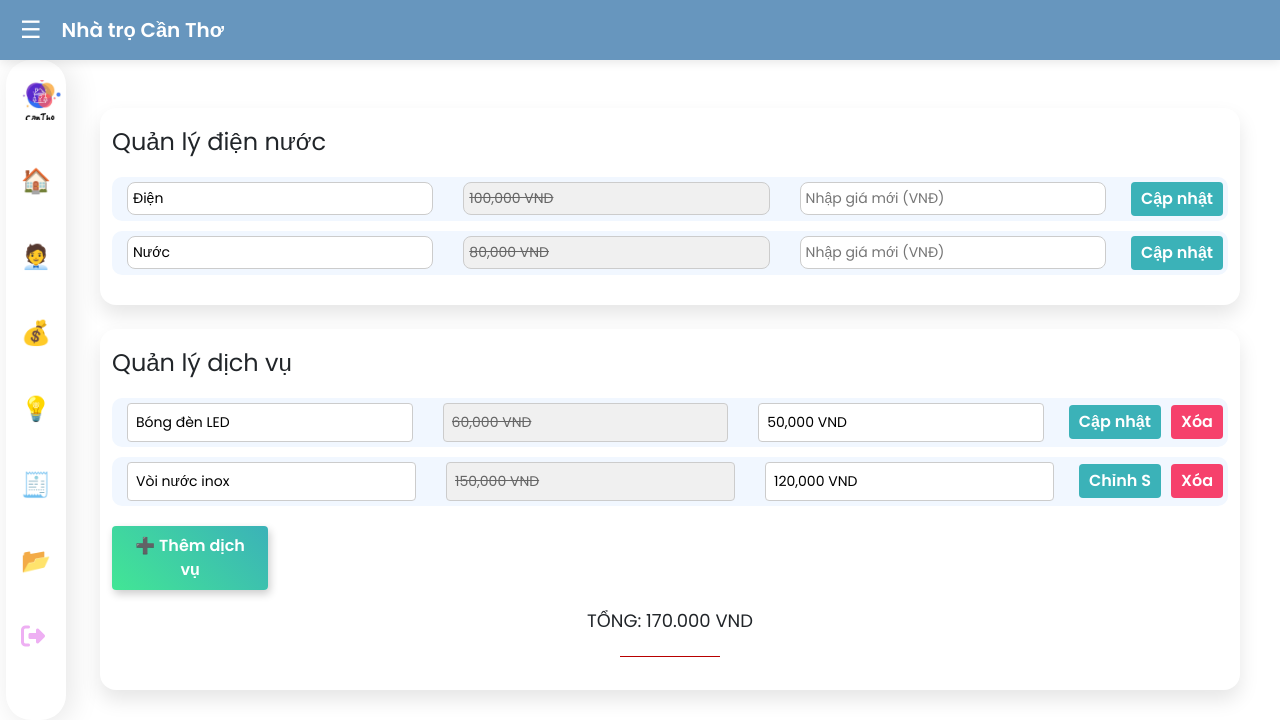
Repository: nhutty0402/DoAn02
Page: HTML/dichvu.html
These files come from the project's save history. The page is drawn as it stood at one moment and after the next save; the edit follows.
The browser window is 1280 px wide. The pictures show the whole page.

Above is the page before, as saved 2025-03-21 00:20:36.

### HTML/dichvu.html
<!DOCTYPE html>
<html>
<head>
    <meta charset="utf-8">
    <meta http-equiv="X-UA-Compatible" content="IE=edge">
    <title></title>
    <meta name="description" content="">
    <meta name="viewport" content="width=device-width, initial-scale=1">
    <link rel="stylesheet" href="../css/dichvu.css">

    <!-- CSS -->
    <link href="https://cdn.jsdelivr.net/npm/bootstrap@5.3.3/dist/css/bootstrap.min.css" rel="stylesheet" integrity="sha384-QWTKZyjpPEjISv5WaRU9OFeRpok6YctnYmDr5pNlyT2bRjXh0JMhjY6hW+ALEwIH" crossorigin="anonymous">
    <link href="https://fonts.googleapis.com/css2?family=Poppins:wght@300;400;600&display=swap" rel="stylesheet">
    <link rel="stylesheet" href="https://cdnjs.cloudflare.com/ajax/libs/font-awesome/6.4.2/css/all.min.css">

    <!-- JS -->
    <script src="https://cdnjs.cloudflare.com/ajax/libs/jquery/3.7.1/jquery.min.js" integrity="sha512-v2CJ7UaYy4JwqLDIrZUI/4hqeoQieOmAZNXBeQyjo21dadnwR+8ZaIJVT8EE2iyI61OV8e6M8PP2/4hpQINQ/g==" crossorigin="anonymous" referrerpolicy="no-referrer"></script>
    <script src="https://cdn.jsdelivr.net/npm/@popperjs/core@2.11.8/dist/umd/popper.min.js" integrity="sha384-I7E8VVD/ismYTF4hNIPjVp/Zjvgyol6VFvRkX/vR+Vc4jQkC+hVqc2pM8ODewa9r" crossorigin="anonymous"></script>
    <script src="https://cdn.jsdelivr.net/npm/bootstrap@5.3.3/dist/js/bootstrap.min.js" integrity="sha384-0pUGZvbkm6XF6gxjEnlmuGrJXVbNuzT9qBBavbLwCsOGabYfZo0T0to5eqruptLy" crossorigin="anonymous"></script>
</head>

<body>
    <header class="header">
        <div class="menu-toggle">☰</div>
        <div class="header-title">Nhà trọ Cần Thơ</div>
    </header>

    <div class="sidebar">
        <div class="logo_content">
            <div class="logo">
                <div class="icon">
                    <img src="../imag/moi.jpg" alt="Logo">
                </div>
                <div class="logo_name">Xin chào, admin</div>
            </div>
        </div>
        <ul class="nav_list">
            <li><a href="menu.html"><span class="icon">🏠</span><span class="link_name">Trang chủ</span></a></li>
            <li><a href="Quanlykhachhang.html"><span class="icon">🧑‍💼</span><span class="link_name">Quản lý khách hàng</span></a></li>
            <li><a href="doanhthu.html"><span class="icon">💰</span><span class="link_name">Doanh thu</span></a></li>
            <li><a href="dichvu.html"><span class="icon">💡</span><span class="link_name">Dịch vụ</span></a></li>
            <li><a href="hoadon.html"><span class="icon">🧾</span><span class="link_name">Hóa đơn</span></a></li>
            <li><a href="quanlihopdong.html"><span class="icon">📂</span><span class="link_name">Quản lý hợp đồng</span></a></li>
            <li><a href="dangxuat.html" class="logout-link"><span class="icon"><i class="fas fa-sign-out-alt"></i></span><span class="link_name">Đăng Xuất</span></a></li>
        </ul>
    </div>

    <div class="content flex-grow-1 p-4">
        <div class="topbar d-flex justify-content-between align-items-center mb-4"></div>

        <!-- Quản lý điện nước -->
        <div class="container">
            <div class="cf-title-03">
                <h3>Quản lý điện nước</h3>
            </div>
            <div id="product-list">
                <!-- Sản phẩm mẫu được thêm trực tiếp trong HTML -->
                <div class="product">
                    <input type="text" value="Điện" placeholder="Tên sản phẩm" readonly>
                    <input type="text" value="100,000 VND" placeholder="Giá cũ (VNĐ)" readonly class="old-price">
                    <input type="text" value="" placeholder="Nhập giá mới (VNĐ)" oninput="formatCurrency(this)">
                    <div class="btn-group">
                        <button class="update-btn" onclick="updateProduct(this)">Cập nhật</button>
                    </div>
                </div>
                <div class="product">
                    <input type="text" value="Nước" placeholder="Tên sản phẩm" readonly>
                    <input type="text" value="80,000 VND" placeholder="Giá cũ (VNĐ)" readonly class="old-price">
                    <input type="text" value="" placeholder="Nhập giá mới (VNĐ)" oninput="formatCurrency(this)">
                    <div class="btn-group">
                        <button class="update-btn" onclick="updateProduct(this)">Cập nhật</button>
                    </div>
                </div>
            </div>
        </div><br>

        <!-- Quản lý dịch vụ -->
        <div class="container">
            <div class="cf-title-03">
                <h3>Quản lý dịch vụ</h3>
            </div>
            <div id="service-list">
                <!-- Dịch vụ mẫu được thêm trực tiếp trong HTML -->
                <div class="service">
                    <input type="text" value="Bóng đèn LED" placeholder="Tên sản phẩm" readonly class="product-name">
                    <input type="text" value="60,000 VND" placeholder="Giá cũ (VNĐ)" readonly class="old-price">
                    <input type="text" value="50,000 VND" placeholder="Nhập giá mới (VNĐ)" readonly class="new-price">
                    <div class="btn-group">
                        <button class="update-btn" onclick="updateService(this)">Cập nhật</button>
                        <button class="delete-btn" onclick="deleteService(this)">Xóa</button>
                    </div>
                </div>
                <div class="service">
                    <input type="text" value="Vòi nước inox" placeholder="Tên sản phẩm" readonly class="product-name">
                    <input type="text" value="150,000 VND" placeholder="Giá cũ (VNĐ)" readonly class="old-price">
                    <input type="text" value="120,000 VND" placeholder="Nhập giá mới (VNĐ)" readonly class="new-price">
                    <div class="btn-group">
                        <button class="update-btn" onclick="updateService(this)">Chỉnh S</button>
                        <button class="delete-btn" onclick="deleteService(this)">Xóa</button>
                    </div>
                </div>
            </div>
            <button class="add-btn" onclick="addService()">➕ Thêm dịch vụ</button>
            <div class="cf-title-01">
                <h6>TỔNG: <span id="total-price">0 VND</span></h6>
            </div>
        </div>

    <!-- JavaScript -->
    <script>
        const toggle = document.querySelector('.menu-toggle');
        const sidebar = document.querySelector('.sidebar');
        toggle.addEventListener('click', () => {
            sidebar.classList.toggle('active');
        });

        function formatCurrency(input) {
            let value = input.value.replace(/\D/g, '');
            if (value === '') {
                input.value = '';
                return;
            }
            let number = parseInt(value, 10);
            input.value = number.toLocaleString('vi-VN') + ' VND';
        }

        function addService(name = "", price = "", oldPrice = "") {
            let serviceList = document.getElementById("service-list");
            let serviceDiv = document.createElement("div");
            serviceDiv.classList.add("service");
            serviceDiv.innerHTML = `
                <input type="text" value="${name}" placeholder="Tên sản phẩm">
                <input type="text" value="${oldPrice ? parseInt(oldPrice).toLocaleString('vi-VN') + ' VND' : ''}" placeholder="Giá cũ (VNĐ)" readonly class="old-price">
                <input type="text" value="${price}" placeholder="Nhập giá mới (VNĐ)" oninput="formatCurrency(this)">
                <div class="btn-group">
                    <button class="update-btn" onclick="updateService(this)">Cập nhật</button>
                    <button class="delete-btn" onclick="deleteService(this)">Xóa</button>
                </div>
            `;
            serviceList.appendChild(serviceDiv);
        }

        function updateProduct(button) {
            let productDiv = button.closest(".product");
            let inputs = productDiv.querySelectorAll("input");
            if (button.innerText === "Cập nhật") {
                let name = inputs[0].value.trim();
                let price = inputs[2].value.trim().replace(/\D/g, '');
                if (name === "" || price === "") {
                    alert("Vui lòng nhập đầy đủ thông tin!");
                    return;
                }
                inputs[0].setAttribute("readonly", true);
                inputs[2].setAttribute("readonly", true);
                button.innerText = "Chỉnh sửa";
                button.classList.remove("update-btn");
                button.classList.add("edi-btn");
                alert(`Cập nhật thành công: ${name} - ${inputs[2].value}`);
            } else {
                inputs[0].removeAttribute("readonly");
                inputs[2].removeAttribute("readonly");
                button.innerText = "Cập nhật";
                button.classList.remove("edi-btn");
                button.classList.add("update-btn");
            }
        }

        function updateService(button) {
            let serviceDiv = button.closest(".service");
            let inputs = serviceDiv.querySelectorAll("input");
            if (button.innerText === "Cập nhật") {
                let name = inputs[0].value.trim();
                let price = inputs[2].value.trim().replace(/\D/g, '');
                if (name === "" || price === "") {
                    alert("Vui lòng nhập đầy đủ thông tin!");
                    return;
                }
                inputs[0].setAttribute("readonly", true);
                inputs[2].setAttribute("readonly", true);
                button.innerText = "Chỉnh sửa";
                button.classList.remove("update-btn");
                button.classList.add("edi-btn");
                alert(`Cập nhật thành công: ${name} - ${inputs[2].value}`);
            } else {
                inputs[0].removeAttribute("readonly");
                inputs[2].removeAttribute("readonly");
                button.innerText = "Cập nhật";
                button.classList.remove("edi-btn");
                button.classList.add("update-btn");
            }
        }

        function deleteService(button) {
            if (confirm("Bạn có chắc muốn xóa sản phẩm này?")) {
                button.closest(".service").remove();
            }
        }
    </script>
    <!--Tính tổng-->
    <script>
        // Hàm tính tổng giá mới và hiển thị
        function calculateTotal() {
            const newPriceInputs = document.querySelectorAll('.new-price');
            let total = 0;

            newPriceInputs.forEach(input => {
                // Lấy giá trị từ input, loại bỏ " VND" và dấu phẩy
                const priceText = input.value.replace(' VND', '').replace(/,/g, '');
                const price = parseFloat(priceText) || 0; // Chuyển thành số, nếu không hợp lệ thì trả về 0
                total += price;
            });

            // Định dạng tổng với dấu phẩy và thêm " VND"
            const formattedTotal = total.toLocaleString('vi-VN') + ' VND';
            document.getElementById('total-price').textContent = formattedTotal;
        }

        // Hàm thêm dịch vụ mới
        function addService() {
            const serviceList = document.getElementById('service-list');
            const newService = document.createElement('div');
            newService.className = 'service';
            newService.innerHTML = `
                <input type="text" placeholder="Tên sản phẩm" class="product-name">
                <input type="text" placeholder="Giá cũ (VNĐ)" class="old-price">
                <input type="text" placeholder="Nhập giá mới (VNĐ)" class="new-price" oninput="calculateTotal()">
                <div class="btn-group">
                    <button class="update-btn" onclick="updateService(this)">Chỉnh sửa</button>
                    <button class="delete-btn" onclick="deleteService(this)">Xóa</button>
                </div>
            `;
            serviceList.appendChild(newService);
            calculateTotal(); // Cập nhật tổng sau khi thêm
        }

        // Hàm chỉnh sửa dịch vụ (giữ đơn giản, chỉ cho phép chỉnh sửa và lưu)
        function updateService(button) {
            const service = button.closest('.service');
            const inputs = service.querySelectorAll('input');
            const isReadOnly = inputs[0].hasAttribute('readonly');

            if (isReadOnly) {
                // Chuyển sang chế độ chỉnh sửa
                inputs.forEach(input => input.removeAttribute('readonly'));
                button.textContent = 'Cập Nhật';
            } else {
                // Chuyển về chế độ readonly
                inputs.forEach(input => input.setAttribute('readonly', true));
                button.textContent = 'Chỉnh sửa';
                calculateTotal(); // Cập nhật tổng sau khi lưu
            }
        }

        // Hàm xóa dịch vụ
        function deleteService(button) {
            const service = button.closest('.service');
            service.remove();
            calculateTotal(); // Cập nhật tổng sau khi xóa
        }

        // Tính tổng khi trang được tải
        window.onload = calculateTotal;
    </script>
</body>
</html>

### CSS/dichvu.css
/* Reset cơ bản */
* {
  margin: 0;
  padding: 0;
  box-sizing: border-box;
  font-family: 'Poppins', sans-serif;
}

/* Thiết lập body */
body {
  min-height: 100vh;
  background: #e7e7e7;
  display: flex;
  flex-direction: column;
}

/* Header ngang */
.header {
  width: 100%;
  height: 60px;
  background: #6796be;
  color: white;
  display: flex;
  align-items: center;
  padding: 0 20px;
  box-shadow: 0 2px 10px rgba(0, 0, 0, 0.1);
  position: fixed;
  top: 0;
  z-index: 1000;
}

.menu-toggle {
  font-size: 24px;
  cursor: pointer;
  margin-right: 20px;
}

.header-title {
  font-size: 20px;
  font-weight: 600;
}

/* Sidebar dọc */
.sidebar {
  position: fixed;
  top: 60px;
  left: 0;
  height: calc(100% - 60px);
  width: 60px;
  background: #fff;
  margin-left: 6px;
  padding: 10px 5px;
  transition: width 0.3s ease;
  box-shadow: 5px 3px 30px rgba(0, 0, 0, 0.1);
  border-radius: 25px;
  z-index: 900;
}

.sidebar.active {
  width: 240px;
}

.logo_content {
  display: flex;
  align-items: center;
  height: 60px;
  padding: 0 10px;
}

.logo {
  display: flex;
  align-items: center;
  gap: 10px;
}

.logo .icon img {
  width: 40px; /* Kích thước logo nhỏ hơn và đồng đều */
  height: 40px;
  object-fit: cover; /* Đảm bảo ảnh không bị méo */
}

.logo_name {
  font-size: 18px;
  font-weight: 700;
  opacity: 0;
  transition: opacity 0.3s ease;
}

.sidebar.active .logo_name {
  opacity: 1;
}

.nav_list {
  list-style: none;
  padding-left: 0;
  margin-top: 10px;
}

.nav_list li {
  display: flex;
  align-items: center;
  height: 50px; /* Giảm height để khoảng cách đều hơn */
  margin: 26px 0; /* Khoảng cách giữa các mục */
}

.nav_list li a {
  text-decoration: none;
  color: #333;
  display: flex;
  align-items: center;
  width: 100%;
  font-weight: 700;
  padding: 0 10px; /* Khoảng cách bên trong thẻ a */
  transition: font-weight 0.3s ease, transform 0.3s ease; /* Thêm transition cho hiệu ứng */
}
.nav_list li a:hover {
  transform: scale(1.05); /* Phóng to 5% khi hover */
}
.nav_list li .icon {
  font-size: 24px; /* Icon đồng đều kích thước */
  width: 40px; /* Đảm bảo icon căn đều */
  text-align: center;
}

.link_name {
  font-size: 16px;
  opacity: 0;
  transition: opacity 0.3s ease;
}

.sidebar.active .link_name {
  opacity: 1;
}

/* Nội dung chính */
.content {
  margin-top: 60px;
  margin-left: 60px;
  padding: 20px;
  flex-grow: 1;
  transition: margin-left 0.3s ease, width 0.3s ease;
  width: calc(100% - 60px);
  max-width: calc(100vw - 60px);
}

.sidebar.active ~ .content {
  margin-left: 240px;
  width: calc(100% - 240px);
  max-width: calc(100vw - 240px);
}

/* Thanh tìm kiếm */
.search-bar {
  display: flex;
  align-items: center;
  height: 38.5px;
  margin-left: auto;
  background-color: #fff;
  border-radius: 15px;
  padding: 5px;
  box-shadow: 0px 4px 6px rgba(0, 0, 0, 0.2);
  border: 2px solid #5E3582;
}

.search-bar input {
  border: none;
  outline: none;
  padding: 5px 10px;
  border-radius: 5px;
  font-size: 14px;
  width: 90px;
  transition: width 0.3s ease;
}

.search-bar input:focus {
  width: 270px;
}

.search-bar button {
  background-color: #eeaff3;
  border: none;
  color: #1c1919;
  padding: 5px 10px;
  height: 28px;
  border-radius: 10px;
  font-size: 14px;
  cursor: pointer;
  margin-left: 5px;
  transition: background-color 0.3s ease;
}

.search-bar button:hover {
  background-color: #f186f1;
}

/* Button group */
.button-group {
  display: flex;
  gap: 5px;
  padding-left: 10px;
}

.button-group .dathue:hover {
  background: rgb(167, 222, 214);
  color: black;
}

.button-group .phongtrong:hover {
  background: rgb(246, 237, 156);
  color: black;
}

.button-group .hientatca:hover {
  background: rgba(249, 205, 158, 0.952);
  color: black;
}

/* Đăng xuất */
.logout-link {
  display: flex;
  align-items: center;
  text-decoration: none;
  color: #1c1919;
  padding: 10px 15px;
  border-radius: 8px;
  transition: background-color 0.3s ease, transform 0.3s ease;
}
/* Đăng xuất */
.logout-link {
  display: flex;
  align-items: center;
  text-decoration: none;
  color: #1c1919;
  padding: 10px 15px;
  border-radius: 8px;
  transition: background-color 0.3s ease, transform 0.3s ease, font-weight 0.3s ease; /* Thêm transition cho font-weight */
}
.logout-link .icon {
  font-size: 24px; /* Đồng đều với các icon khác */
  width: 40px;
  text-align: center;
  color: #eeaff3;
  transition: transform 0.3s ease;
}

.logout-link .link_name {
  font-size: 16px;
  font-weight: 600;
}

.logout-link:hover {
  background-color: #f6cff3;
  transform: scale(1.05);
}

.logout-link:hover .icon {
  transform: rotate(-20deg);
  color: #d94bd3;
}



/* ====================================================================================================== */
/* ======================================THÂN============================================================= */
/* ========================================================================================================= */

@import url('https://fonts.googleapis.com/css2?family=Poppins:wght@300;400;600&display=swap');

/* body {
    font-family: 'Poppins', sans-serif;
    background: linear-gradient(135deg, #89f7fe, #66a6ff);
    padding: 20px;
    text-align: center;
} */

.container {
    max-width: 600px;
    margin: auto;
    background: white;
    padding: 20px;
    border-radius: 16px;
    box-shadow: 0 10px 20px rgba(0, 0, 0, 0.1);
}

/* h2 {
    color: #333;
    font-weight: 600;
    margin-bottom: 10px;
} */

.product {
    display: flex;
    justify-content: space-between;
    align-items: center;
    padding: 5px;
    border-radius: 10px;
    background: #f1f7ff;
    margin: 10px 0;
    transition: transform 0.1s ease-in-out;
}

.product:hover {
    transform: scale(1.01);
}

.product input {
    flex: 1;
    margin: 0 10px;
    padding: 8px;
    border: 1px solid #ccc;
    border-radius: 8px;
    font-size: 14px;
    transition: all 0.3s;
}

.product input:focus {
    border-color: #007bff;
    outline: none;
    box-shadow: 0 0 5px rgba(0, 123, 255, 0.3);
}

.btn-group {
    display: flex;
    gap: 8px;
}

button {
    border: none;
    cursor: pointer;
    padding: 8px 14px;
    font-size: 14px;
    transition: 0.3s;
    border-radius: 10px;
    font-weight: bold;
}

.update-btn {
    background:  #3bb2b8;
    color: white;
    border-radius: 12px;
}
.up-btn {
  background:  #f2b876e8;
  color: white;
  border-radius: 12px;
}
.up-btn:hover{
  transform: scale(1.05);
}
.update-btn:hover{
  transform: scale(1.05);
}
.edi-btn {
    background:  #f2b876e8;
    color: white;
    border-radius: 12px;
}
.edi-btn:hover{
  transform: scale(1.05);
}
.delete-btn {
    background:  #f6416c;
    color: white;
    border-radius: 12px;
}
.delete-btn:hover{
  transform: scale(1.05);
}
.add-btn {
    width: 14%;
    font-size: 16px;
    padding: 12px;
    color: white;
    background: linear-gradient(45deg, #42e695, #3bb2b8);
    font-weight: bold;
    border-radius: 12px;
    box-shadow: 2px 4px 8px rgba(0, 0, 0, 0.2);
    transition: all 0.3s ease-in-out;
}

.add-btn:hover {
    transform: scale(1.05);
    box-shadow: 4px 6px 12px rgba(0, 0, 0, 0.3);
}
/* ============================================================================================== */
/* ===BẢNG DỊCH VỤ 2============================================================ */
/* =========================================================================================================== */
.service{
  display: flex;
  justify-content: space-between;
  align-items: center;
  padding: 5px;
  border-radius: 10px;
  background: #f1f7ff;
  margin: 10px 0;
  transition: transform 0.1s ease-in-out;
}

.service:hover {
  transform: scale(1.01);
}

.service input {
  flex: 1;
  margin: 0 10px;
  padding: 8px;
  border: 1px solid #ccc;
  border-radius: 8px;
  font-size: 14px;
  transition: all 0.3s;
}

.service input:focus {
  border-color: #007bff;
  outline: none;
  box-shadow: 0 0 5px rgba(0, 123, 255, 0.3);
}
/* ===================================================TỔNG======================================== */




.cf-title-01 h6 {
	text-align:center;
	text-transform:uppercase;
	padding-bottom:5px;
}
/* .cf-title-01 h6:before {
	width:28px;
	height:5px;
	display:block;
	content:"";
	position:absolute;
	bottom:3px;
	left:50%;
	margin-left:-14px;
	background-color:#b80000;
} */
.cf-title-01 h6:after {
	width:100px;
	height:1px;
	display:block;
	content:"";
	position:relative;
	margin-top:25px;
	left:50%;
	margin-left:-50px;
	background-color: #b80000;
}

.container {
  max-width: 800px;
  margin: 20px auto;
  padding: 20px;
}
.product, .service {
  display: flex;
  align-items: center;
  margin: 10px 0;
  gap: 10px;
}
input[type="text"] {
  padding: 5px;
  flex: 1;
}
input[readonly].old-price {
  background-color: #f0f0f0;
  color: #666;
  text-decoration: line-through;
}
.btn-group button {
  margin-left: 5px;
  padding: 5px 10px;
  cursor: pointer;
}
.add-btn {
  padding: 5px 10px;
  margin-top: 10px;
}
/* Tính tổng */
.container {
  max-width: 800px;
  margin: 0 auto;
  padding: 20px;
}

.cf-title-03 h3 {
  font-size: 24px;
  margin-bottom: 20px;
}

.service {
  display: flex;
  align-items: center;
  gap: 10px;
  margin-bottom: 10px;
}

.service input {
  padding: 8px;
  border: 1px solid #ccc;
  border-radius: 4px;
  width: 200px;
}

.btn-group {
  display: flex;
  gap: 5px;
}

.update-btn, .delete-btn, .add-btn, .up-btn{
  padding: 8px 15px;
  border: none;
  border-radius: 4px;
  cursor: pointer;
}



.cf-title-01 h6 {
  font-size: 18px;
  margin-top: 20px;
}

After the next save:
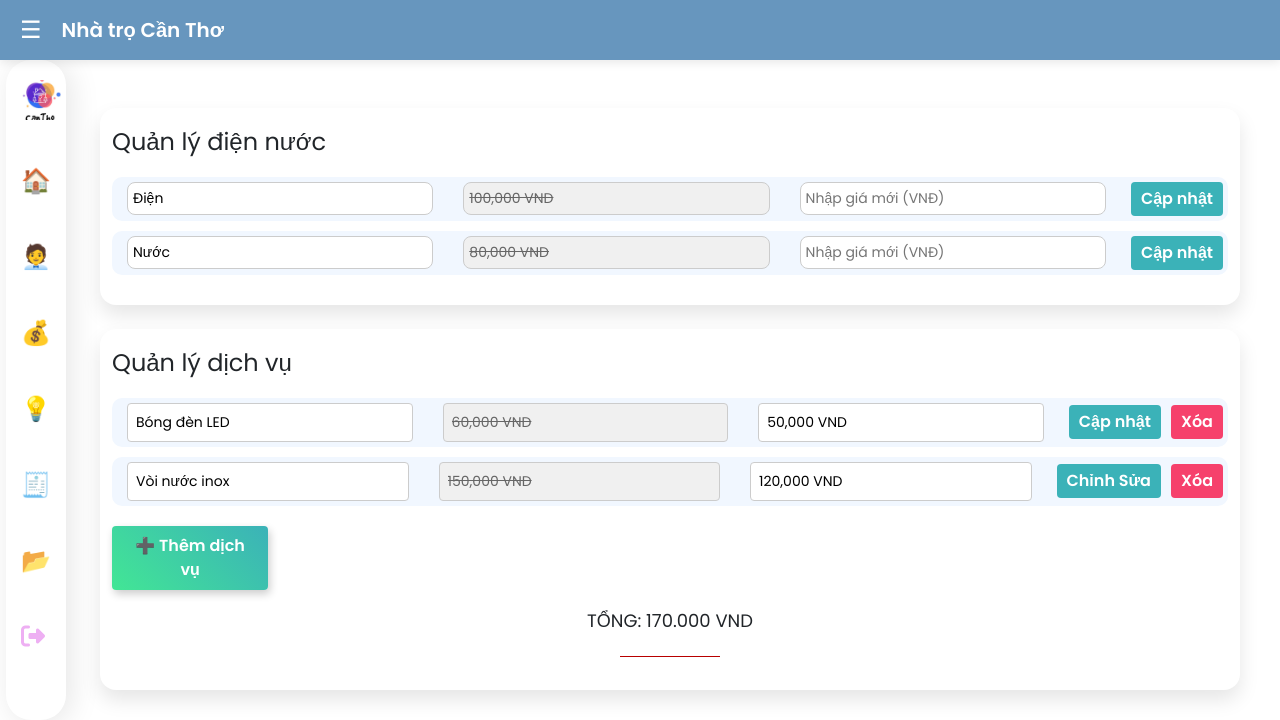
Saved 4 s later.
--- a/HTML/dichvu.html
+++ b/HTML/dichvu.html
@@ -95,7 +95,7 @@
                     <input type="text" value="150,000 VND" placeholder="Giá cũ (VNĐ)" readonly class="old-price">
                     <input type="text" value="120,000 VND" placeholder="Nhập giá mới (VNĐ)" readonly class="new-price">
                     <div class="btn-group">
-                        <button class="update-btn" onclick="updateService(this)">Chỉnh S</button>
+                        <button class="update-btn" onclick="updateService(this)">Chỉnh Sửa</button>
                         <button class="delete-btn" onclick="deleteService(this)">Xóa</button>
                     </div>
                 </div>
